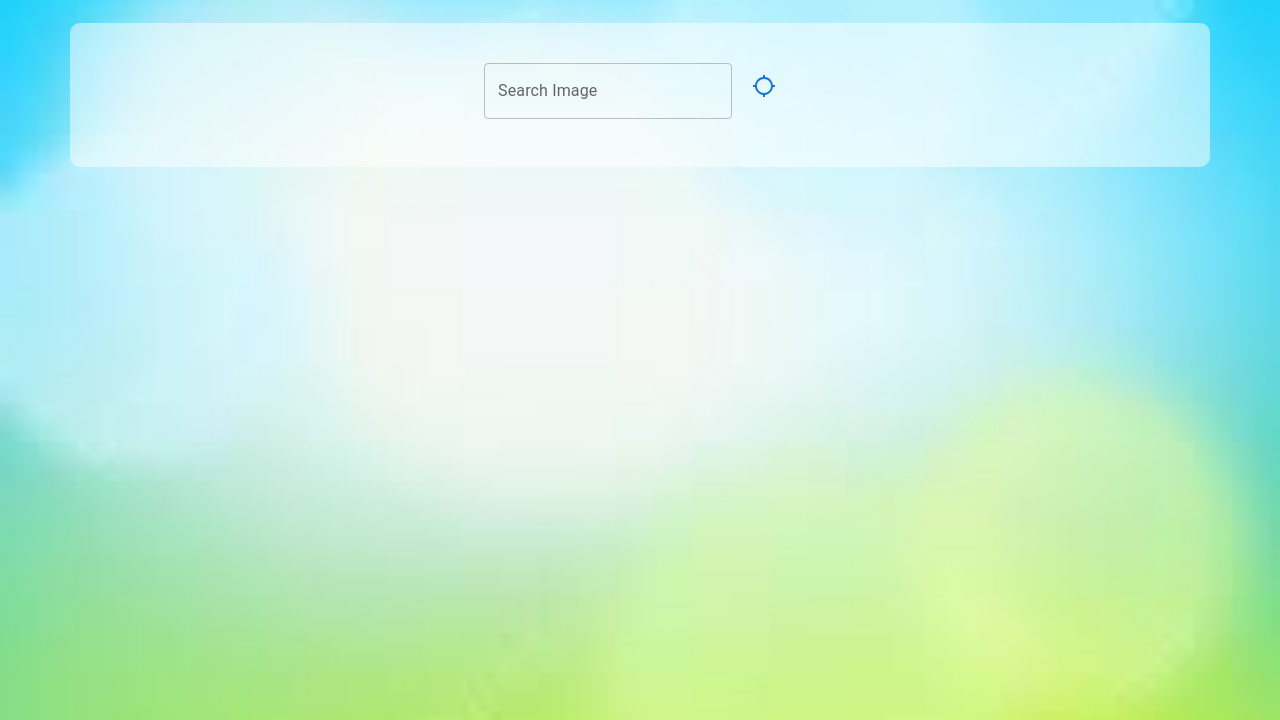
Repository: mohit78911/Snapshot
Page: /
These files come from the project's save history. The page is drawn as it stood at one moment and after the next save; the edit follows.
The browser window is 1280 px wide. The pictures show the whole page.
The project was rebuilt for these pictures with package versions that can differ from the ones it lists, and the page was loaded fresh each time. Also part of the build but not shown: src/snapshot/SnapshotCss.css, src/snapshot/SnapshotTable.js, src/snapshot/SearchBox.css.

Above is the page before, as saved 2023-09-01 12:47:06.

After the next save:
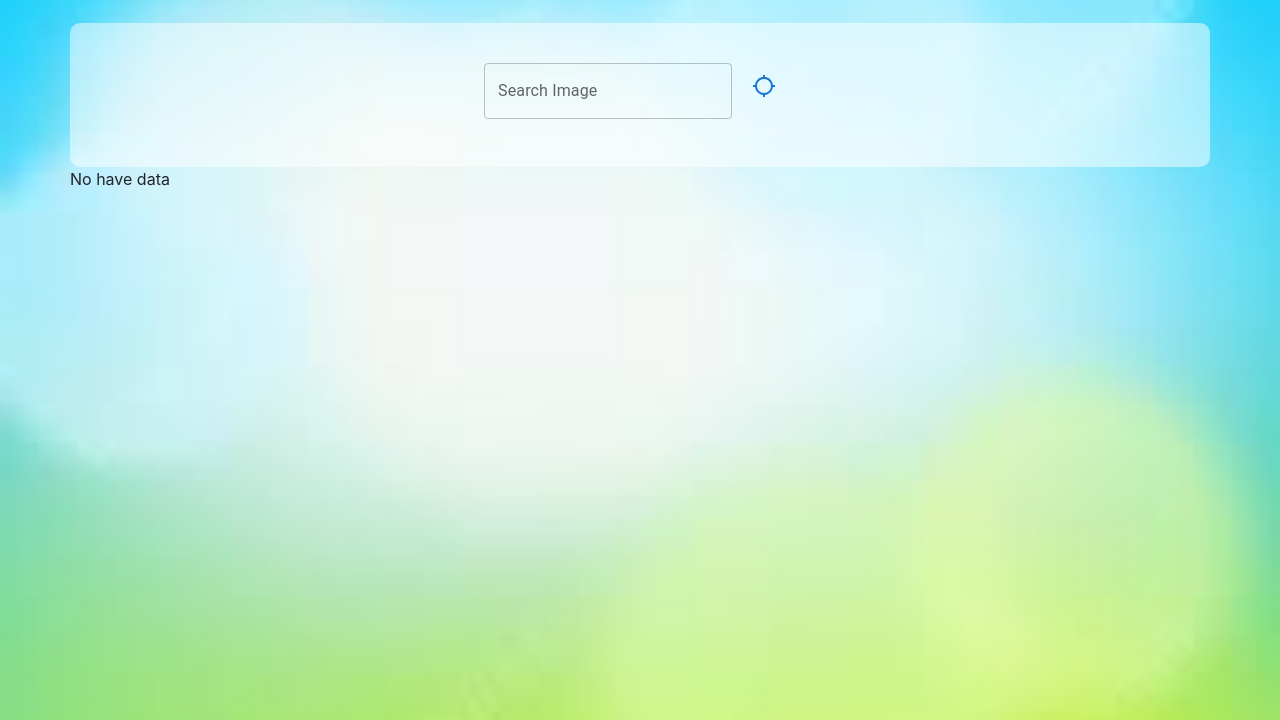
Saved 5 s later.
--- a/src/snapshot/SnapShot.js
+++ b/src/snapshot/SnapShot.js
@@ -45,7 +45,7 @@
           <div className="col secondColoum">
             <SnapshotTable data={data} />
           </div>
-        ) : ""}
+        ) : "No have data"}
       </div>
       <ToastContainer />
     </div>

After the 2 saves that followed:
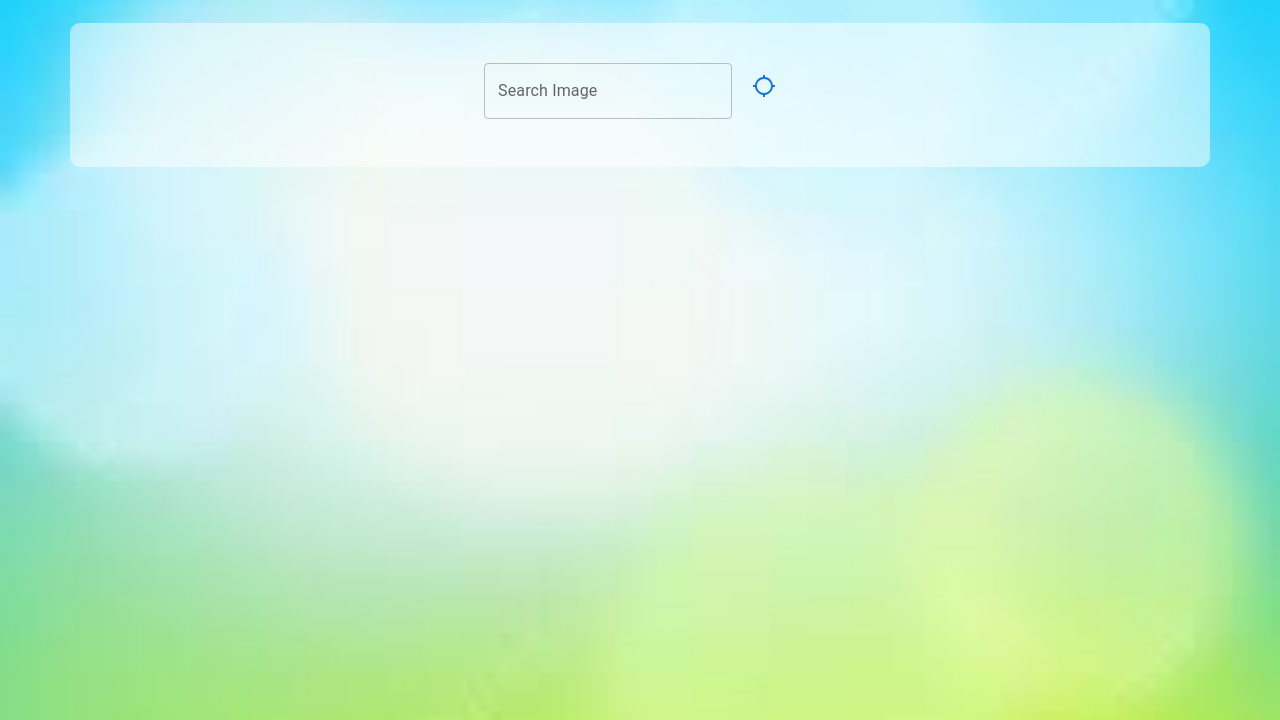
The 2 saves are shown as one change because they came seconds apart.
The last was saved 46 s later.
--- a/src/snapshot/SnapShot.js
+++ b/src/snapshot/SnapShot.js
@@ -45,7 +45,7 @@
           <div className="col secondColoum">
             <SnapshotTable data={data} />
           </div>
-        ) : "No have data"}
+        ) : null}
       </div>
       <ToastContainer />
     </div>
